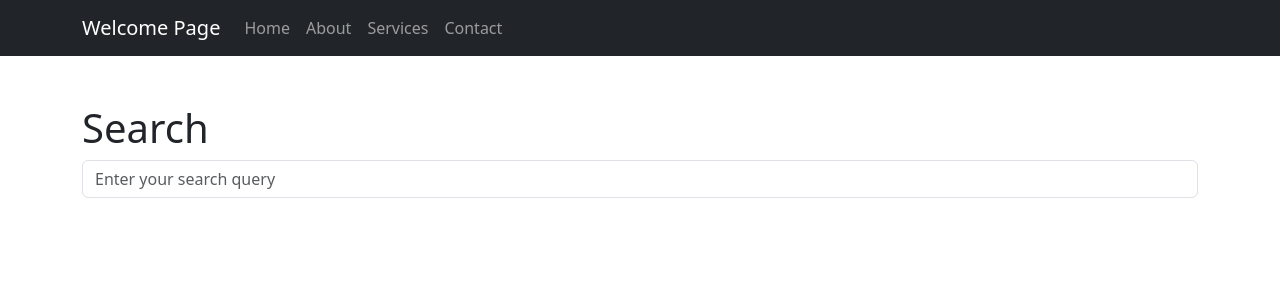
Repository: gyfffffff/meishimeike_test
Page: myweb/test.html
An editor plug-in stored every save of this project. The page is shown before and after the next save, followed by the edit.
The browser window is 1280 px wide. The pictures show the whole page.

Above is the page before, as saved 2023-07-13 10:13:42.

### myweb/test.html
<!DOCTYPE html>
<html lang="en">

<head>
    <meta charset="UTF-8">
    <meta name="viewport" content="width=device-width, initial-scale=1.0">
    <link rel="stylesheet" href="https://cdn.jsdelivr.net/npm/bootstrap@5.3.0/dist/css/bootstrap.min.css">
    <title>Search Page</title>
</head>

<body>
    <nav class="navbar navbar-expand-lg navbar-dark bg-dark">
        <div class="container">
            <a class="navbar-brand" href="#">Welcome Page</a>
            <button class="navbar-toggler" type="button" data-bs-toggle="collapse" data-bs-target="#navbarNav"
                aria-controls="navbarNav" aria-expanded="false" aria-label="Toggle navigation">
                <span class="navbar-toggler-icon"></span>
            </button>
            <div class="collapse navbar-collapse" id="navbarNav">
                <ul class="navbar-nav ml-auto">
                    <li class="nav-item">
                        <a class="nav-link" href="#">Home</a>
                    </li>
                    <li class="nav-item">
                        <a class="nav-link" href="#">About</a>
                    </li>
                    <li class="nav-item">
                        <a class="nav-link" href="#">Services</a>
                    </li>
                    <li class="nav-item">
                        <a class="nav-link" href="#">Contact</a>
                    </li>
                </ul>
            </div>
        </div>
    </nav>

    <div class="container mt-5">
        <h1>Search</h1>
        <form>
            <div class="form-group">
                <input type="text" class="form-control" id="searchInput" placeholder="Enter your search query">
                <div id="searchResults" class="mt-2"></div>
            </div>
        </form>
    </div>

    <script src="https://cdn.jsdelivr.net/npm/jquery/dist/jquery.min.js"></script>
    <script>
        $(document).ready(function () {
            $('#searchInput').on('input', function () {
                var query = $(this).val();
                if (query.trim() !== '') {
                    $.ajax({
                        url: 'search-suggestions.php', // 替换为您的服务器端搜索建议API的URL
                        type: 'POST',
                        data: { query: query },
                        success: function (response) {
                            $('#searchResults').html(response);
                        }
                    });
                } else {
                    $('#searchResults').empty();
                }
            });
        });
    </script>
</body>

</html>

After the next save:
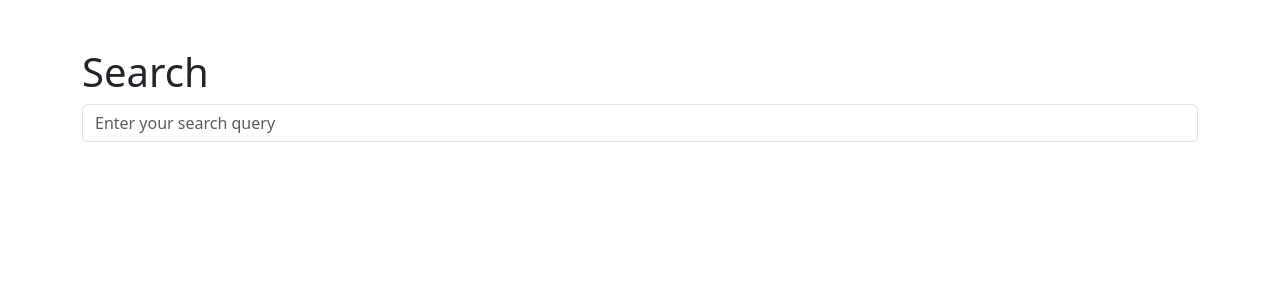
Saved 45 s later.
--- a/myweb/test.html
+++ b/myweb/test.html
@@ -9,31 +9,6 @@
 </head>
 
 <body>
-    <nav class="navbar navbar-expand-lg navbar-dark bg-dark">
-        <div class="container">
-            <a class="navbar-brand" href="#">Welcome Page</a>
-            <button class="navbar-toggler" type="button" data-bs-toggle="collapse" data-bs-target="#navbarNav"
-                aria-controls="navbarNav" aria-expanded="false" aria-label="Toggle navigation">
-                <span class="navbar-toggler-icon"></span>
-            </button>
-            <div class="collapse navbar-collapse" id="navbarNav">
-                <ul class="navbar-nav ml-auto">
-                    <li class="nav-item">
-                        <a class="nav-link" href="#">Home</a>
-                    </li>
-                    <li class="nav-item">
-                        <a class="nav-link" href="#">About</a>
-                    </li>
-                    <li class="nav-item">
-                        <a class="nav-link" href="#">Services</a>
-                    </li>
-                    <li class="nav-item">
-                        <a class="nav-link" href="#">Contact</a>
-                    </li>
-                </ul>
-            </div>
-        </div>
-    </nav>
 
     <div class="container mt-5">
         <h1>Search</h1>
